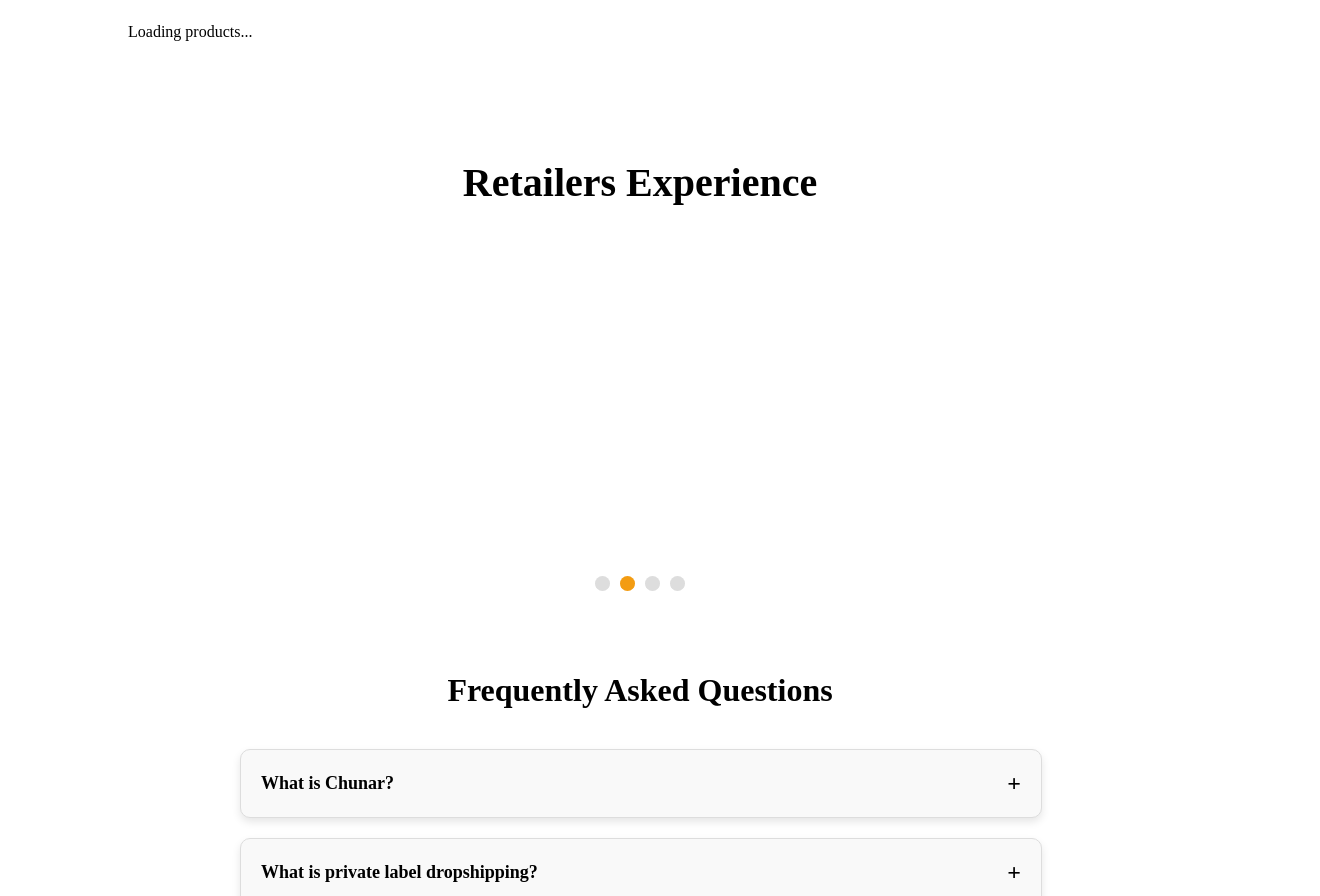
Repository: Nn-Exe/chunar-ecommerce
Page: / (app in ecommerce-frontend/)
These files come from the project's save history. The page is drawn as it stood at one moment and after the next save; the edit follows.
The browser window is 1280 px wide. The page is 1320 px wide, so the pictures cover 1320 px, including what lies to the right of the window. The pictures show the part of the page from y = 938 to 1834 px (the page is 2129 px tall before and 2037 px after).
The page's requests for data from a server got no answer. The project was rebuilt for these pictures with package versions that can differ from the ones it lists, and the page was loaded fresh each time. No one was signed in, and anything a server would have sent is missing.

Above is the page before, as saved 2024-09-11 18:03:26.

### ecommerce-frontend/src/App.js
import React, { useState, useEffect } from 'react';
import './App.css';
import { BrowserRouter as Router, Route, Routes } from 'react-router-dom';  // Importing React Router
import Navbar from './components/Navbar';  // Correct way to import default export
import HeroSection from './components/HeroSection';  // Correct way to import default export
import ProductList from './components/ProductList';  // Correct way to import default export
import Faq from './components/Faq';  // Import the Faq component from the components folder
import TestimonialCarousel from './components/TestimonialCarousel';


// Home page component (the default view)
function Home({ products }) {
  return (
    <div className="home-page">
      {/* Hero Section */}
      <div className="hero-container">
        <HeroSection />
      </div>

      {/* Featured Products Section */}
      <section className="products-section">
        <div className="section-header">
          <h2>Featured Products</h2>
        </div>

        <div className="product-grid">
          <ProductList products={products} />
        </div>
      </section>

      <br />

      {/* FAQ Section */}

      <TestimonialCarousel />
      <Faq />  {/* Using the imported Faq component */}

      {/* Add more sections here */}

      <br />

      <section className="about-section">
        <div className="about-content">
          <h3>About Us</h3>
          <p>Learn more about our company and our mission.</p>
        </div>
      </section>
    </div>
  );
}

// Other page components
function Live() {
  return <h2>Live Page</h2>;
}

function Contacts() {
  return <h2>Contacts Page</h2>;
}

function SocialMedia() {
  // External link can be opened using an anchor tag, so no need for a separate page.
  window.location.href = "https://linktr.ee/chunar.co";  // Redirect to external social media page
  return null;
}

function App() {
  const [products, setProducts] = useState([]);

  useEffect(() => {
    fetch('http://localhost:5000/api/products')
      .then((response) => response.json())
      .then((data) => setProducts(data))
      .catch((error) => console.error('Error fetching products:', error));
  }, []);

  return (
    <Router>
      <div className="App">
        <header className="App-header">
          <h1>Chunar.Co</h1>
          <Navbar />
        </header>

        <Routes>
          {/* Home page route */}
          <Route path="/" element={<Home products={products} />} />

          {/* Other pages */}
          <Route path="/live" element={<Live />} />
          <Route path="/contacts" element={<Contacts />} />

          {/* Redirect to external social media link */}
          <Route path="/social-media" element={<SocialMedia />} />
        </Routes>
      </div>
    </Router>
  );
}

export default App;

### ecommerce-frontend/src/App.css
/* Global for entire app */

* {
  font-family: 'Times New Roman', Times, serif;
}


/* ------------- Main Structure ------------ */

.App-header {
  background-color: #333;
  color: white;
  padding: 20px;
  text-align: center;
}

nav ul {
  list-style-type: none;
  padding: 0;
  margin: 0;
  display: flex;
  justify-content: center;
  gap: 20px;
}

nav ul li a {
  color: white;
  text-decoration: none;
  font-size: 16px;
}

.hero {
  position: relative;
  text-align: center;
}

.hero-banner {
  width: 100%;
  height: 700px;
  object-fit: cover;
}

.hero-text {
  position: absolute;
  top: 50%;
  left: 50%;
  transform: translate(-50%, -50%);
  color: white;
  font-size: 24px;
  font-weight: bold;
}

.products {
  padding: 40px;
  text-align: center;
}

.product-list {
  display: grid;
  grid-template-columns: repeat(5, 1fr);
  gap: 20px;
}

.product-card {
  border: 1px solid #ddd;
  padding: 20px;
  text-align: center;
  transition: transform 0.3s;
  border-radius: 20px;
}

.product-card img {
  max-width: 100%;
  height: auto;
  margin-bottom: 10px;
}

.product-card:hover {
  transform: scale(1.05);
}


.product-card img {
  width: 200px;
  height: 200px;
  object-fit: cover;   /* Ensures the image covers the given area */
  border-radius: 10px; /* Optional: adds rounded corners */
}



/* ----------- Home Div -------------- */

/* App.css */

.home-page {
  display: flex;
  flex-direction: column;
  align-items: center;
}

/* Hero Section */
.hero-container {
  width: 100%;
  margin-bottom: 20px;
}

/* Products Section */
.products-section {
  width: 80%;
  margin: 0 auto;
}

.section-header h2 {
  text-align: center;
  font-size: 2rem;
  margin-bottom: 20px;
}

/* About Section */
.about-section {
  background-color: #f4f4f4;
  padding: 40px;
  width: 100%;
  text-align: center;
}

.about-section h3 {
  margin-bottom: 10px;
}

.about-section p {
  font-size: 1.1rem;
}


/* ----------- FAQ Section ---------------- */


/* Center the FAQ section */
.faq-section {
  max-width: 800px; /* Set a larger max-width for the entire FAQ section */
  width: 100%;      /* Ensure it takes up 100% of the available width */
  margin: 0 auto;   /* Center the FAQ section on the page */
  text-align: center;
}

/* Style the header separately */
.faq-section h2 {
  font-size: 32px;
  margin-bottom: 40px;
}

/* Grid layout for the FAQ items (excluding the header) */
.faq-items {
  display: grid;
  grid-template-columns: 1fr; /* One column layout */
  gap: 20px; /* Space between the FAQ items */
}

/* Style each FAQ item */
.faq-item {
  border: 1px solid #ddd;
  border-radius: 10px;
  width: 100%; /* Make the FAQ item take up 100% of the container */
  background-color: #f9f9f9;
  box-shadow: 0 4px 8px rgba(0, 0, 0, 0.1);
  transition: transform 0.5s ease-in-out, background-color 330ms ease-in-out, box-shadow 330ms ease-in-out;
  overflow: hidden; /* Ensure content is hidden initially */
}

/* Box hover effect */
.faq-item:hover {
  box-shadow: 0 6px 12px rgba(0, 0, 0, 0.1);
  background-color: #f1f1f1;
}

/* Active FAQ item */
.faq-item.active {
  background-color: #ececec;
}

/* Style the FAQ question (clickable area) */
.faq-question {
  padding: 20px;
  cursor: pointer;
  display: flex;
  justify-content: space-between;
  align-items: center;
  font-weight: bold;
  font-size: 18px;
  width: 100%; /* Full width for the question area */
  box-sizing: border-box;
}

/* Style the FAQ answer */
.faq-answer {
  padding: 0 20px;
  overflow: hidden;
  max-height: 0;
  opacity: 0;
  transition: max-height 0.5s ease, opacity 0.5s ease;
  width: 100%; /* Full width for the answer area */
  box-sizing: border-box;
}

/* When the FAQ item is active, show the answer with a smooth transition */
.faq-item.active .faq-answer {
  max-height: 500px;
  opacity: 1;
  padding-bottom: 20px;
}

/* Style the icon for toggling */
.icon {
  font-size: 24px;
  font-weight: bold;
  transition: transform 0.3s ease;
}

.faq-item.active .icon {
  transform: rotate(45deg);
}

/* -----------  TestimonialCarousel ------------- */


/* Style for the testimonial section */
.testimonial-section {
  text-align: center;
  max-width: 800px;
  margin: 0 auto;
  padding: 50px 0;
}

.testimonial-section h2 {
  font-size: 2.5rem;
  margin-bottom: 20px;
}

/* Carousel container */
.carousel {
  display: flex;
  overflow: hidden;
  max-width: 100%; /* Ensure full width */
  margin: 0 auto;
}

.carousel-inner {
  display: flex;
  transition: transform 0.5s ease-in-out;
  width: calc(200% * 2); /* Width for two testimonials per slide */
}

/* Each card wrapper for two cards per slide */
.testimonial-card-wrapper {
  display: flex;
  flex: 0 0 10%; /* Each card takes 50% of the slide width */
  box-sizing: border-box;
  padding: 0 10px;
}

/* Testimonial card styling */
.testimonial-card {
  background-color: #fff;
  padding: 20px;
  border-radius: 30px;
  box-shadow: 0 4px 10px rgba(0, 0, 0, 0.1);
  text-align: left;
  margin: 0 auto;
  width: 90%;
  height: 80%;
  position: center;
}

.profile {
  display: flex;
  align-items: center;
}

.profile img {
  border-radius: 50%;
  margin-right: 10px;
}

.profile-details h4 {
  font-size: 1.1rem;
  margin: 0;
}

.profile-details p {
  font-size: 0.9rem;
  color: gray;
}

.stars {
  font-size: 1.5rem;
  color: #f39c12;
  margin-top: 10px;
}

/* Navigation dots */
.dots {
  margin-top: 20px;
}

.dot {
  height: 15px;
  width: 15px;
  margin: 0 5px;
  background-color: #ddd;
  border-radius: 50%;
  display: inline-block;
  cursor: pointer;
}

.active {
  background-color: #f39c12;
}

### ecommerce-frontend/src/components/Navbar.js
import React from 'react';
import { Link } from 'react-router-dom';

function Navbar() {
  return (
    <nav>
      <ul>
        <li><Link to="/">Home</Link></li>  {/* Links to the home page */}
        <li><Link to="/live">Live</Link></li>  {/* Links to the live page */}
        <li><a href="https://linktr.ee/chunar.co" target="_blank" rel="noopener noreferrer">Social Media</a></li> {/* Opens external link in new tab */}
        <li><Link to="/contacts">Contacts</Link></li>  {/* Links to the contacts page */}
      </ul>
    </nav>
  );
}

export default Navbar;

### ecommerce-frontend/src/components/HeroSection.js
import React from 'react';

function HeroSection() {
  return (
    <section className="hero">
      <img src="https://raw.githubusercontent.com/Nn-Exe/chunar-images/master/banner/chunar%20banner.png" alt="Banner" className="hero-banner" />
      <div className="hero-text">
        {/* <h2>Three things cannot be long hidden: The Sun, The Moon, and The Truth.</h2> */}
      </div>
    </section>
  );
}

export default HeroSection;  // Ensure you have this line

### ecommerce-frontend/src/components/ProductList.js
import React from 'react';

function ProductList({ products }) {
  return (
    <div className="product-list">
      {products.length === 0 ? (
        <p>Loading products...</p>
      ) : (
        products.map((product) => (
          <div key={product.id} className="product-card">
              <img
                src={product.image}
                alt={product.name}
                className="product-image"
              />
            <h3>{product.name}</h3>
            <p>{product.description}</p>
            <p>{product.price}</p>
          </div>
        ))
      )}
    </div>
  );
}

export default ProductList;

### ecommerce-frontend/src/components/Faq.js
import React, { useState } from 'react';

const Faq = () => {
  const [activeIndex, setActiveIndex] = useState(null);

  const toggleFaq = (index) => {
    setActiveIndex(activeIndex === index ? null : index);
  };

  return (
    <div className="faq-section">
      <h2>Frequently Asked Questions</h2>

      <div className="faq-items"> {/* Grid layout for the items */}
        <div className={`faq-item ${activeIndex === 0 ? 'active' : ''}`}>
          <div className="faq-question" onClick={() => toggleFaq(0)}>
            <span>What is Chunar?</span>
            <span className="icon">{activeIndex === 0 ? '-' : '+'}</span>
          </div>
          {activeIndex === 0 && (
            <div className="faq-answer">
              <p>Chunar is a dropshipping marketplace that lets you build your own cosmetic and skincare line with minimal upfront costs...</p>
            </div>
          )}
        </div>

        <div className={`faq-item ${activeIndex === 1 ? 'active' : ''}`}>
          <div className="faq-question" onClick={() => toggleFaq(1)}>
            <span>What is private label dropshipping?</span>
            <span className="icon">{activeIndex === 1 ? '-' : '+'}</span>
          </div>
          {activeIndex === 1 && (
            <div className="faq-answer">
              <p>Private label dropshipping allows you to sell products from suppliers with your own branding...</p>
            </div>
          )}
        </div>

        <div className={`faq-item ${activeIndex === 2 ? 'active' : ''}`}>
          <div className="faq-question" onClick={() => toggleFaq(2)}>
            <span>How can I customize my package?</span>
            <span className="icon">{activeIndex === 2 ? '-' : '+'}</span>
          </div>
          {activeIndex === 2 && (
            <div className="faq-answer">
              <p>Private labeling is a great way to showcase your brand...</p>
            </div>
          )}
        </div>
      </div>
    </div>
  );
};

export default Faq;

### ecommerce-frontend/src/components/TestimonialCarousel.js
import React, { useState, useEffect } from 'react';


const TestimonialCarousel = () => {
  const [currentSlide, setCurrentSlide] = useState(0);

  const testimonials = [
    {
      name: 'Supisara Permsuk',
      title: 'Chunar.Co Store Owner',
      text: '“I can’t say enough good things about Chunar. Our dropshipping model is efficient, and the product quality is excellent...”',
      stars: 5,
    },
    {
      name: 'Supapis Permsuk',
      title: 'Chunar.Co Store Owner',
      text: '“Starting my own beauty brand seemed daunting, but Jubilee made it incredibly easy. The customization options are fantastic...”',
      stars: 5,
    },
    {
      name: 'Another Testimonial',
      title: 'Shopify Store Owner',
      text: '“Another positive review about how amazing Jubilee is.”',
      stars: 4,
    },
    {
      name: 'Final Testimonial',
      title: 'Shopify Store Owner',
      text: '“Jubilee is a great choice for entrepreneurs looking to build their own brand.”',
      stars: 5,
    },
    {
      name: 'Final Testimonial',
      title: 'Shopify Store Owner',
      text: '“Jubilee is a great choice for entrepreneurs looking to build their own brand.”',
      stars: 5,
    },
    {
      name: 'Final Testimonial',
      title: 'Shopify Store Owner',
      text: '“Jubilee is a great choice for entrepreneurs looking to build their own brand.”',
      stars: 5,
    },
    {
      name: 'Final Testimonial',
      title: 'Shopify Store Owner',
      text: '“Jubilee is a great choice for entrepreneurs looking to build their own brand.”',
      stars: 5,
    },
    {
      name: 'Final Testimonial',
      title: 'Shopify Store Owner',
      text: '“Jubilee is a great choice for entrepreneurs looking to build their own brand.”',
      stars: 5,
    }
  ];

  // Calculate the number of slides needed (two testimonials per slide)
  const totalSlides = Math.ceil(testimonials.length / 2);

  // Auto-slide functionality
  useEffect(() => {
    const interval = setInterval(() => {
      setCurrentSlide((prevSlide) => (prevSlide + 1) % totalSlides);
    }, 4000); // Slide every 4 seconds
    return () => clearInterval(interval); // Cleanup interval on component unmount
  }, [totalSlides]);

  // Function to move the slides manually
  const moveSlide = (index) => {
    setCurrentSlide(index);
  };

  return (
    <div className="testimonial-section">
      <h2>Retailers Experience</h2>
      <div className="carousel">
        <div
          className="carousel-inner"
          style={{
            transform: `translateX(-${currentSlide * 100}%)`, // Move by 100% per slide
          }}
        >
          {testimonials.map((testimonial, index) => (
            <div className="testimonial-card-wrapper" key={index}>
              <div className="testimonial-card">
                <div className="profile">
                  <img
                    src="https://via.placeholder.com/50"
                    alt="Profile"
                  />
                  <div className="profile-details">
                    <h4>{testimonial.name}</h4>
                    <p>{testimonial.title}</p>
                  </div>
                </div>
                <p>{testimonial.text}</p>
                <div className="stars">
                  {'⭐'.repeat(testimonial.stars)}
                </div>
              </div>
            </div>
          ))}
        </div>
      </div>

      {/* Dots for navigation */}
      <div className="dots">
        {[...Array(totalSlides)].map((_, index) => (
          <span
            key={index}
            className={`dot ${index === currentSlide ? 'active' : ''}`}
            onClick={() => moveSlide(index)}
          ></span>
        ))}
      </div>
    </div>
  );
};

export default TestimonialCarousel;

Loaded but not shown: ecommerce-frontend/public/index.html (common file); ecommerce-frontend/src/index.js (common file); ecommerce-frontend/src/index.css (common file); ecommerce-frontend/src/reportWebVitals.js (common file)

After the next save:
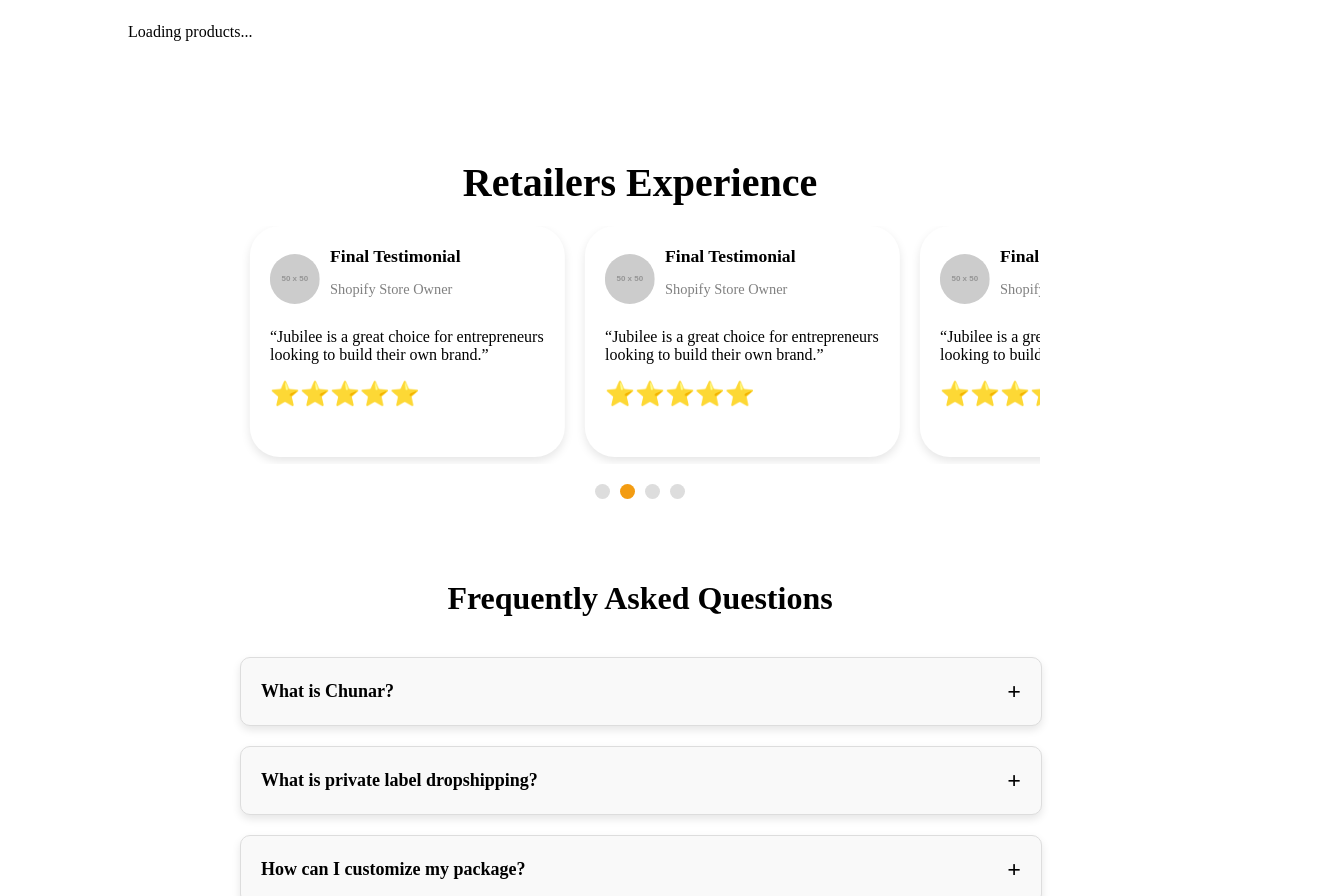
Saved 8 s later.
--- a/ecommerce-frontend/src/App.css
+++ b/ecommerce-frontend/src/App.css
@@ -255,7 +255,7 @@
 /* Each card wrapper for two cards per slide */
 .testimonial-card-wrapper {
   display: flex;
-  flex: 0 0 10%; /* Each card takes 50% of the slide width */
+  flex: 0 0 20%; /* Each card takes 50% of the slide width */
   box-sizing: border-box;
   padding: 0 10px;
 }
